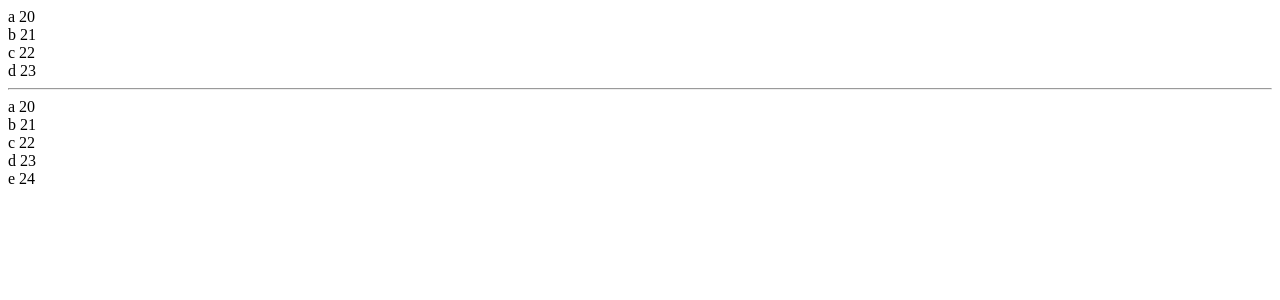
Repository: RyuGeunHwan/code_J
Page: Vuejs/22-08-10 vuejs v-for.html
An editor plug-in stored every save of this project. The page is shown before and after the next save, followed by the edit.
The browser window is 1280 px wide. The pictures show the whole page.

Above is the page before, as saved 2022-08-10 10:06:15.

After the next save:
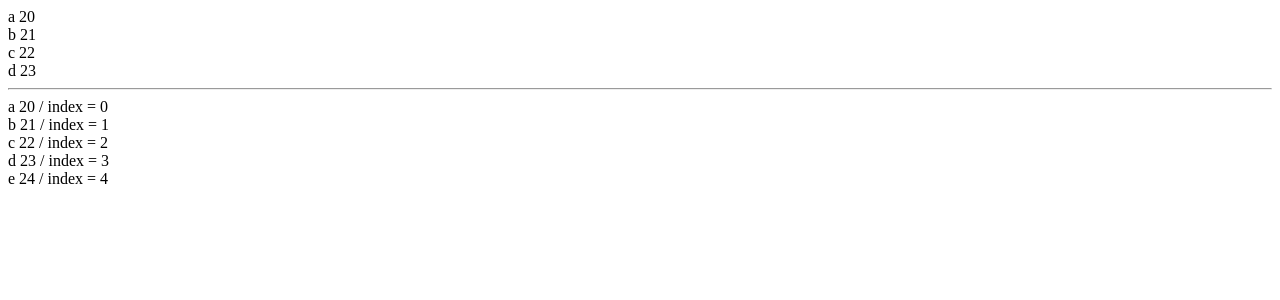
Saved 3 min 20 s later.
--- a/Vuejs/22-08-10 vuejs v-for.html
+++ b/Vuejs/22-08-10 vuejs v-for.html
@@ -24,8 +24,8 @@
 
         <hr>
 
-        <div v-for="person in people">
-            {{person.name}} {{person.age}}
+        <div v-for="(person, index) in people">
+            {{person.name}} {{person.age}} / index = {{index}}
         </div>
     </div>
     <script>
